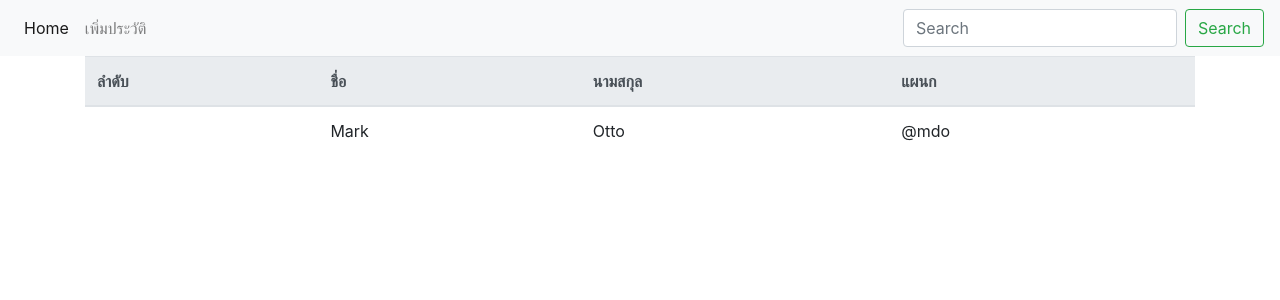
Repository: p2job/javawebapp
Page: http://localhost/demojsp/
These files come from the project's save history. The page is drawn as it stood at one moment and after the next save; the edit follows.
The browser window is 1280 px wide. The pictures show the whole page.
The page is served by Tomcat 9.

Above is the page before, as saved 2020-07-31 08:54:14.

After the next save:
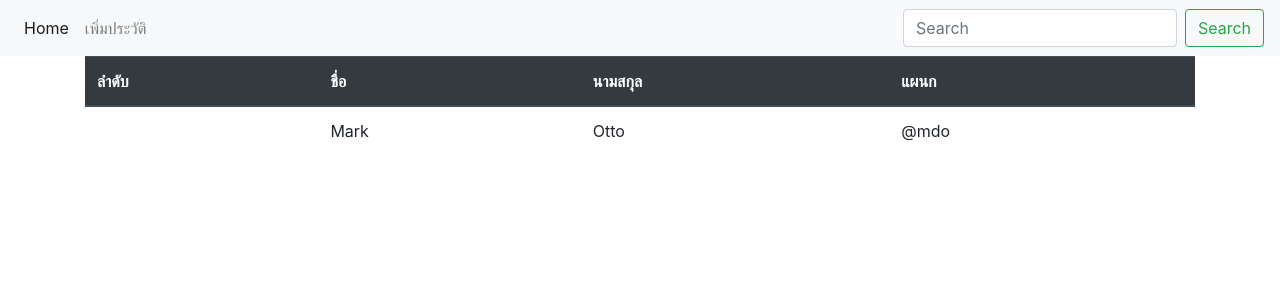
Saved 27 s later.
--- a/demojsp/WebContent/index.jsp
+++ b/demojsp/WebContent/index.jsp
@@ -31,7 +31,7 @@
 <div class="container">
 
 <table class="table">
-  <thead class="thead-light">
+  <thead class="thead-dark">
     <tr>
       <th scope="col">ลำดับ</th>
       <th scope="col">ชื่อ</th>

After the save that followed:
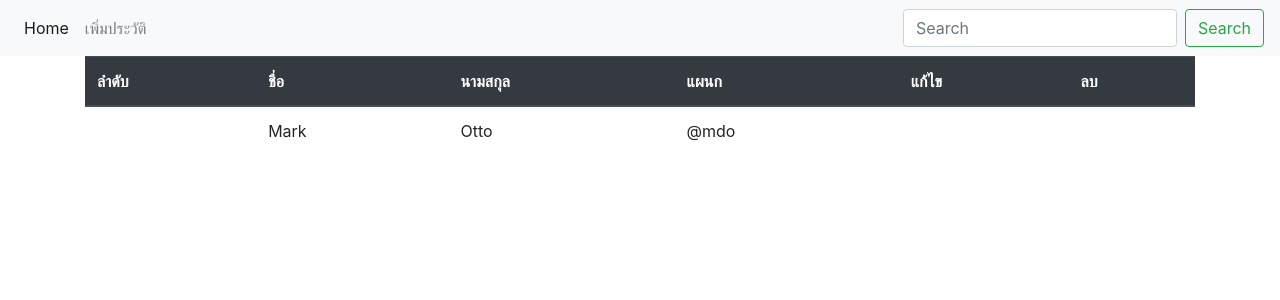
Saved 33 s later.
--- a/demojsp/WebContent/index.jsp
+++ b/demojsp/WebContent/index.jsp
@@ -37,6 +37,8 @@
       <th scope="col">ชื่อ</th>
       <th scope="col">นามสกุล</th>
       <th scope="col">แผนก</th>
+      <th scope="col">แก้ไข</th>
+      <th scope="col">ลบ</th>
     </tr>
   </thead>
   <tbody>
